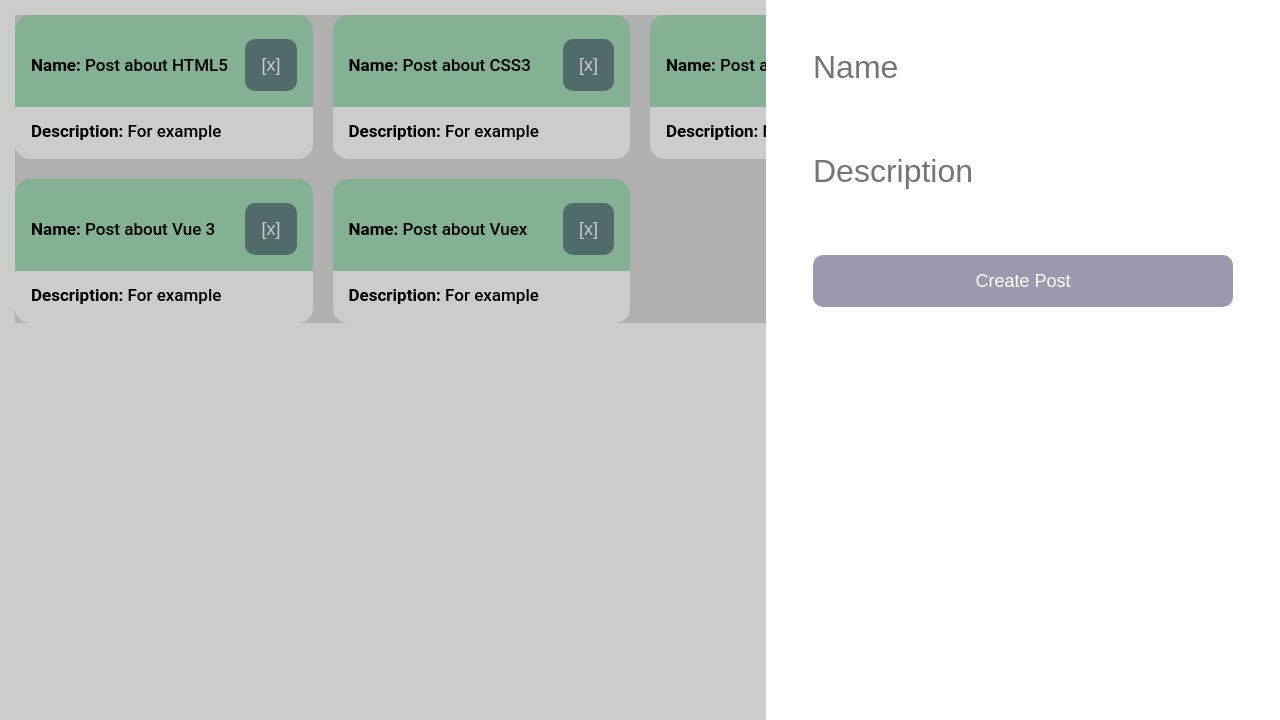
Repository: Axeliriya/vue-todo
Page: /
These files come from the project's save history. The page is drawn as it stood at one moment and after the next save; the edit follows.
The browser window is 1280 px wide. The pictures show the whole page.
The project was rebuilt for these pictures with package versions that can differ from the ones it lists, and the page was loaded fresh each time. Also part of the build but not shown: vue.config.js.

Above is the page before, as saved 2022-04-01 21:00:16.

### public/index.html
<!DOCTYPE html>
<html lang="">
  <head>
    <meta charset="utf-8">
    <meta name="viewport" content="width=device-width,initial-scale=1.0">
    <link rel="icon" href="<%= BASE_URL %>favicon.ico">
    <title>Todo</title>
  </head>
  <body>
    <div id="app"></div>
  </body>
</html>

### src/App.vue
<template>
  <div class="app">
    <post-list :posts="posts" />
    <post-modal><post-form @create="createPost" /></post-modal>
  </div>
</template>

<script>
import PostList from '@/components/PostList';
import PostModal from '@/components/PostModal';
import PostForm from '@/components/PostForm';

export default {
  components: {
    PostList,
    PostModal,
    PostForm,
  },
  data() {
    return {
      posts: [
        { id: Date.now(), title: 'Post about HTML5', body: 'For example' },
        { id: Date.now() + 1, title: 'Post about CSS3', body: 'For example' },
        { id: Date.now() + 2, title: 'Post about React', body: 'For example' },
        { id: Date.now() + 3, title: 'Post about Redux', body: 'For example' },
        { id: Date.now() + 4, title: 'Post about Vue 3', body: 'For example' },
        { id: Date.now() + 5, title: 'Post about Vuex', body: 'For example' },
      ],
    };
  },
  methods: {
    createPost(post) {
      this.posts.push(post);
    },
  },
};
</script>

<style>
* {
  margin: 0;
  padding: 0;
  box-sizing: border-box;
}

body {
  font-family: 'Roboto', sans-serif;
}

ul {
  list-style-type: none;
}

img {
  display: block;
  width: 100%;
  height: auto;
}

.app {
  padding: 15px;
}
</style>

### src/components/PostList.vue
<template>
  <ul class="posts">
    <post-item v-for="post in posts" :post="post" :key="post.id" />
  </ul>
</template>

<script>
import PostItem from '@/components/PostItem';

export default {
  components: {
    PostItem,
  },
  props: {
    posts: {
      type: Array,
      required: true,
    },
  },
};
</script>

<style scoped>
.posts {
  display: grid;
  grid-template-columns: repeat(4, 1fr);
  gap: 20px;
  background-color: gainsboro;
}
</style>

### src/components/PostModal.vue
<template>
  <div class="overlay">
    <div class="modal">
      <slot></slot>
    </div>
  </div>
</template>

<script>
export default {};
</script>

<style scoped>
.overlay {
  position: fixed;
  top: 0;
  left: 0;
  width: 100%;
  height: 100vh;
  background-color: rgb(0, 0, 0, 0.2);
  display: flex;
  justify-content: end;
}

.modal {
  padding: 15px;
  background-color: #fff;
}
</style>

### src/components/PostForm.vue
<template>
  <form class="form" @submit.prevent>
    <input v-model="post.title" class="input" type="text" placeholder="Name" />
    <input
      v-model="post.body"
      class="input"
      type="text"
      placeholder="Description"
    />
    <div class="button__wrapper">
      <custom-btn @click="createPost"></custom-btn>
    </div>
  </form>
</template>

<script>
import CustomBtn from '@/components/UI/CustomBtn';
export default {
  components: {
    CustomBtn,
  },
  data() {
    return {
      post: {
        title: '',
        body: '',
      },
    };
  },
  methods: {
    createPost() {
      this.post.id = Date.now();
      this.$emit('create', this.post);
      this.post = {
        title: '',
        body: '',
      };
    },
  },
};
</script>

<style scoped>
.form {
  display: grid;
  grid-template-columns: 1fr;
}

.input {
  background-color: transparent;
  border: none;
  padding: 32px;
  font-weight: 400;
  font-size: 32px;
  line-height: 40px;
}

.button__wrapper {
  padding: 32px;
}
</style>

### src/components/PostItem.vue
<template>
  <li class="post">
    <div class="post__title">
      <div><strong>Name: </strong>{{ post.title }}</div>
      <div>
        <button class="post__button">[x]</button>
      </div>
    </div>
    <div class="post__description">
      <strong>Description: </strong>{{ post.body }}
    </div>
  </li>
</template>

<script>
export default {
  props: {
    post: {
      type: Object,
      required: true,
    },
  },
};
</script>

<style scoped>
.post {
  border-radius: 15px;
  font-weight: 500;
  font-size: 17px;
  line-height: 24px;
}

.post__title {
  display: flex;
  flex-direction: row;
  justify-content: space-between;
  align-items: center;
  padding: 24px 16px 16px 16px;
  border-radius: 15px 15px 0 0;
  background-color: #a5ddb8;
}

.post__description {
  padding: 12px 16px 16px 16px;
  border-radius: 0 0 15px 15px;
  background-color: #ffffff;
}

.post__button {
  width: 100%;
  border: none;
  background: rgb(3, 2, 53, 0.4);
  border-radius: 10px;
  padding: 16px;
  color: #ffffff;
  font-weight: 500;
  font-size: 18px;
  line-height: 20px;
  cursor: pointer;
}

.post__button:hover {
  background: rgb(3, 2, 53, 0.5);
}
</style>

### src/components/UI/CustomBtn.vue
<template>
  <button class="button">Create Post</button>
</template>

<script>
export default {};
</script>

<style scoped>
.button {
  width: 100%;
  border: none;
  background: rgb(3, 2, 53, 0.4);
  border-radius: 10px;
  padding: 16px;
  color: #ffffff;
  font-weight: 500;
  font-size: 18px;
  line-height: 20px;
  cursor: pointer;
}

.button:hover {
  background: rgb(3, 2, 53, 0.5);
}
</style>

Loaded but not shown: src/main.js (common file)

After the next save:
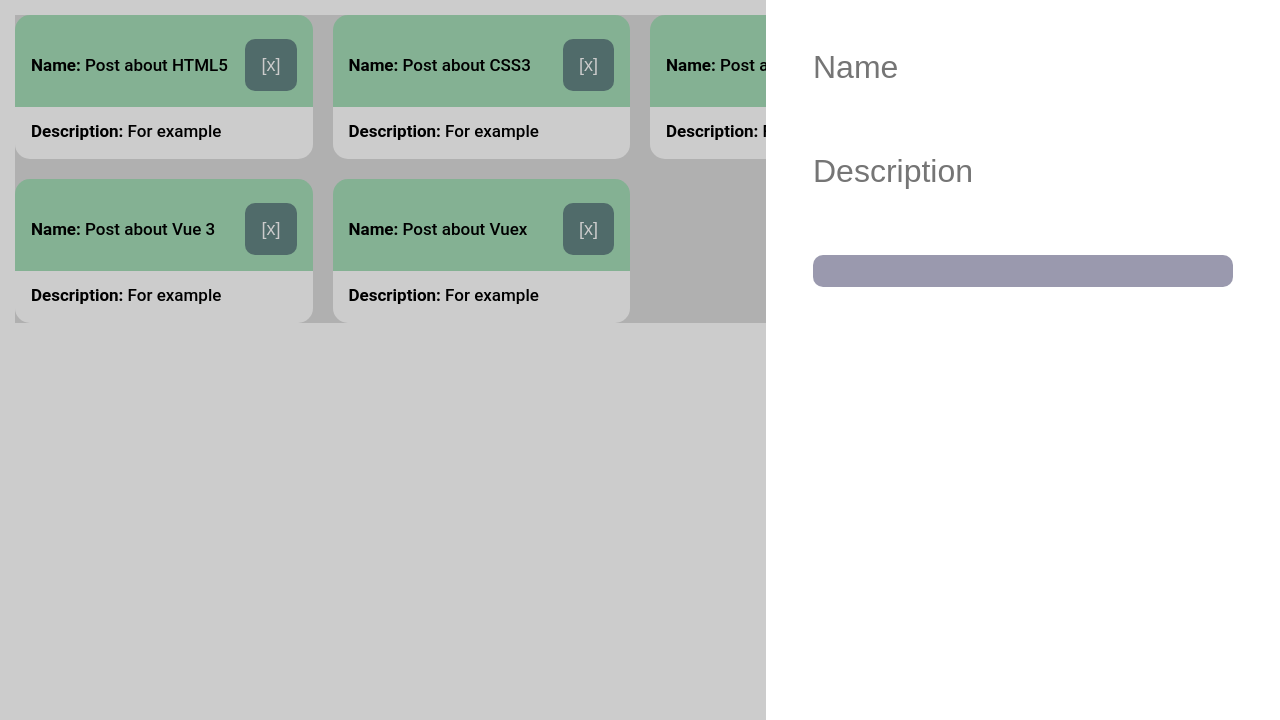
Saved 51 s later.
--- a/src/components/UI/CustomBtn.vue
+++ b/src/components/UI/CustomBtn.vue
@@ -1,5 +1,5 @@
 <template>
-  <button class="button">Create Post</button>
+  <button class="button"><slot></slot></button>
 </template>
 
 <script>

After the save that followed:
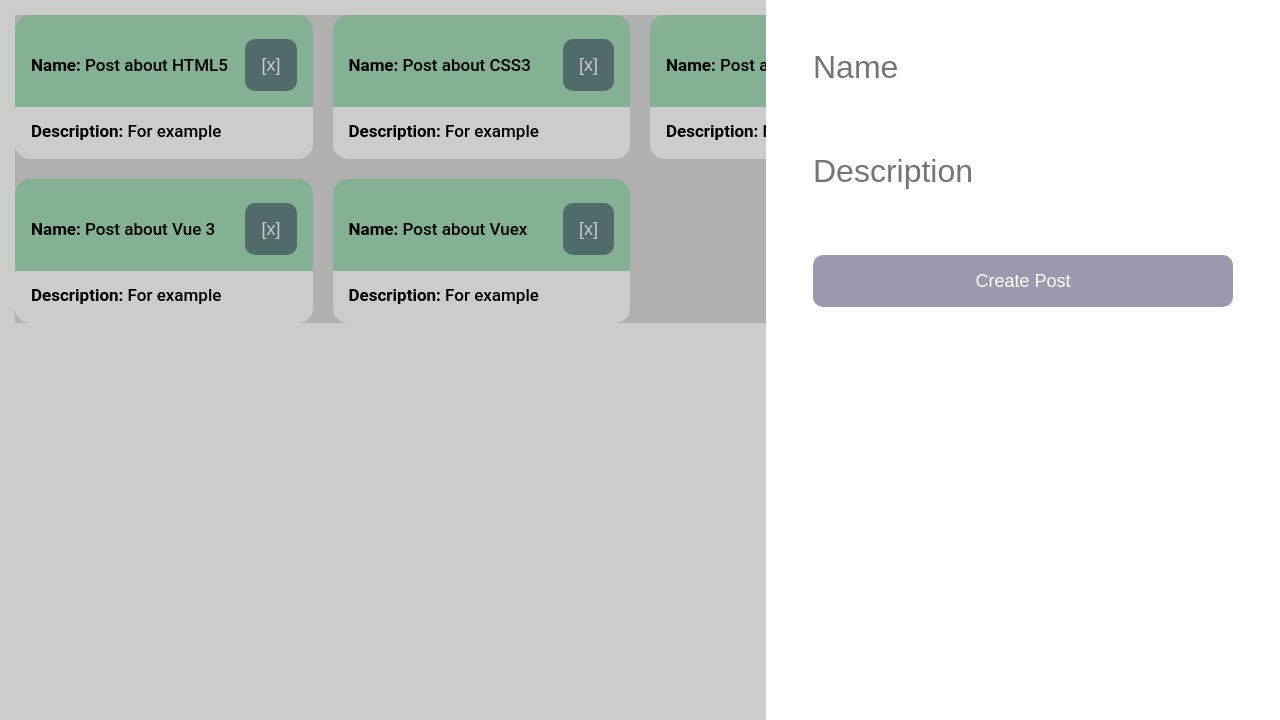
Saved 4 s later.
--- a/src/components/PostForm.vue
+++ b/src/components/PostForm.vue
@@ -8,7 +8,7 @@
       placeholder="Description"
     />
     <div class="button__wrapper">
-      <custom-btn @click="createPost"></custom-btn>
+      <custom-btn @click="createPost">Create Post</custom-btn>
     </div>
   </form>
 </template>
